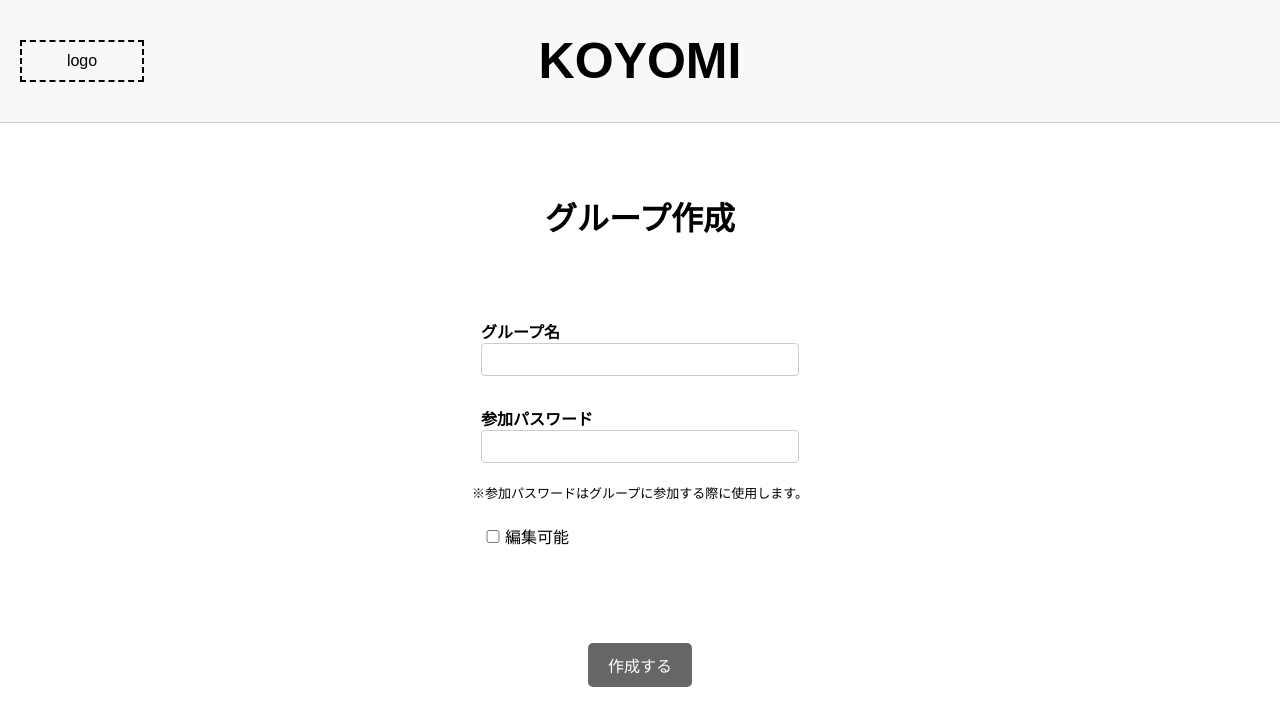
Repository: teramu0602/koyomi
Page: http://localhost/groups
These files come from the project's save history. The page is drawn as it stood at one moment and after the next save; the edit follows.
The browser window is 1280 px wide. The pictures show the whole page.
Some web fonts or font styles are not loaded; a fallback is used. The page is served by the project's Laravel application, run on PHP 8.4 with Laravel 9. Other server files are loaded and not shown.

Above is the page before, as saved 2025-03-23 15:26:09.

### routes/web.php
<?php

use Illuminate\Support\Facades\Route;
use App\Http\Controllers\CalendarController;
use App\Http\Controllers\PostController;
use App\Http\Controllers\Auth\LoginController;
use App\Http\Controllers\Auth\RegisterController;
use Illuminate\Support\Facades\Auth;
use App\Http\Controllers\CreateGroupController;
use App\Http\Controllers\JoinController;
use App\Http\Controllers\GroupController;
/*
|--------------------------------------------------------------------------
| Web Routes
|--------------------------------------------------------------------------
|
| Here is where you can register web routes for your application. These
| routes are loaded by the RouteServiceProvider within a group which
| contains the "web" middleware group. Now create something great!
|
*/

Route::get('/', function () {
    return view('welcome');
});

Route::get('/admin', function () {
    return view('layouts/admin_calender');
});

Route::get('/admin/home', function () {
    return view('calender/home');
});

Route::post('/register', [RegisterController::class, 'register'])->name('register');


//ログイン状態を見て、用意したログインページへいく
Route::post('/custom-login', [LoginController::class, 'login'])->name('custom.login.submit');
Route::get('/custom-login', function () {
    return view('admin/login');
})->name('custom.login');

Route::get('/signup', function () {
    return view('admin/signup');
});

//Route::get('/home', [App\Http\Controllers\HomeController::class, 'index'])->name('home');

// Route::get('/home', function () {
//     return view('calender/home');
// })->name('home');

//ログイン成功で個人カレンダーへいく
Route::get('/calendar', function () {
    return view('calender/home');
})->name('calendar')->middleware('auth');

Route::get('/calendar/{year}/{month}', [CalendarController::class, 'show'])->name('calendar.show');
Route::get('/admin/home/{year}/{month}', [CalendarController::class, 'showAdmin'])->name('calendar.admin.show');
Route::get('/admin/home', [CalendarController::class, 'index']);



Route::get('/grouplist', [CreateGroupController::class, 'index'])->name('groups.list');
Route::delete('/groups/{group}/leave', [GroupController::class, 'leaveGroup'])->name('groups.leave');

Route::get('/create_group', function () {
    return view('admin/create_group');
});

//カレンダーグループ作成
Route::post('/groups', [CalendarController::class, 'store'])->name('groups.store');
Route::get('/groups', function () {
    return view('admin/create_group');
})->name('groupcreate');

Auth::routes();

//ドロップダウンのログアウトでログインへ行く
Route::post('/logout', function () {
    Auth::logout();
    return redirect()->route('custom.login');
})->name('logout');


//ジョイン画面　試し
Route::post('/join', [JoinController::class, 'store'])->name('join.store');
Route::get('/join', function () {
    return view('admin.join_group');
})->name('groupjoin');

Route::get('/groups/{group}/edit', [GroupController::class, 'edit'])->name('groups.edit');
Route::put('/groups/{group}', [GroupController::class, 'update'])->name('groups.update');
Route::delete('/groups/{group}/users/{user}', [GroupController::class, 'removeUser'])->name('groups.removeUser');



Route::get('/edit', function () {
    return view('admin.edit_group');
})->name('groupedit');


Route::get('/a', function () {
    return view('calender.calendar');
});

### resources/views/admin/create_group.blade.php
@extends('layouts.admin_calender')
@section('title', 'グループ作成')

@section('content')
<h1 class="h1">グループ作成</h1>
<div class="joinctn">
<form class="form" action="{{ route('groups.store') }}" method="POST">
    @csrf
    <div>
        <label for="group_name">グループ名</label>
        </br>
        <input type="text" id="group_name" name="group_name" required>
    </div>

    <div>
        <label for="join_id">参加パスワード</label>
        </br>
        <input type="number" id="join_id" name="join_id" required>
        </br>

    </div>
    <p class="p_c">※参加パスワードはグループに参加する際に使用します。</p>
    <div class="editckb">
        <input class = "check_box" type="checkbox" id="edit_flg" name="edit_flg" value="1">
        <label class="label_n" for="edit_flg">編集可能</label>
    </div>
    </div>
    <button type="submit">作成する</button>
</form>


@endsection

### resources/views/layouts/admin_calender.blade.php
<!DOCTYPE html>
<html lang="{{ app()->getLocale() }}">

<head>
    <meta charset="utf-8">
    <meta http-equiv="X-UA-Compatible" content="IE=edge">
    <meta name="viewport" content="width=device-width, initial-scale=1">
    <meta name="csrf-token" content="{{ csrf_token() }}">

    <title>@yield('title')</title>

    <script src="{{ asset('js/app.js') }}" defer></script>

    <link rel="dns-prefetch" href="https://fonts.gstatic.com">
    <link href="https://fonts.googleapis.com/css?family=Raleway:300,400,600" rel="stylesheet" type="text/css">

    <link href="{{ asset('css/admin.css') }}" rel="stylesheet">

    @yield('css')


    <!-- ドロップダウンのｃｓｓ-->
<!-- <link href="https://cdnjs.cloudflare.com/ajax/libs/bootstrap/5.3.0/css/bootstrap.min.css" rel="stylesheet">  -->




</head>

<body>
    <header>
        <a class="logo" href="{{ route('calendar') }}">logo</a>
        <h1 class="service-name">KOYOMI</h1>
        @guest

        @else
        <li class="nav-item dropdown">
            <a id="navbarDropdown" class="nav-link dropdown-toggle" href="#" role="button" data-bs-toggle="dropdown" aria-haspopup="true" aria-expanded="false" v-pre>
                {{ Auth::user()->name }}
            </a>

            <div class="dropdown-menu dropdown-menu-end" aria-labelledby="navbarDropdown">
                <a class="dropdown-item" href="{{ route('logout') }}"
                    onclick="event.preventDefault();
                                                     document.getElementById('logout-form').submit();">
                    {{ __('ログアウト') }}
                </a>

                <form id="logout-form" action="{{ route('logout') }}" method="POST" class="d-none">
                    @csrf
                </form>
            </div>

        </li>
        @endguest

    </header>

    <main>
        @yield('content')
    </main>

    <footer>
        @yield('footer')
    </footer>

</body>

</html>

Loaded but not shown: app/Http/Controllers/Auth/ConfirmPasswordController.php (common file); app/Http/Controllers/Controller.php (common file); public/css/admin.css (290 lines, source omitted)

After the next save:
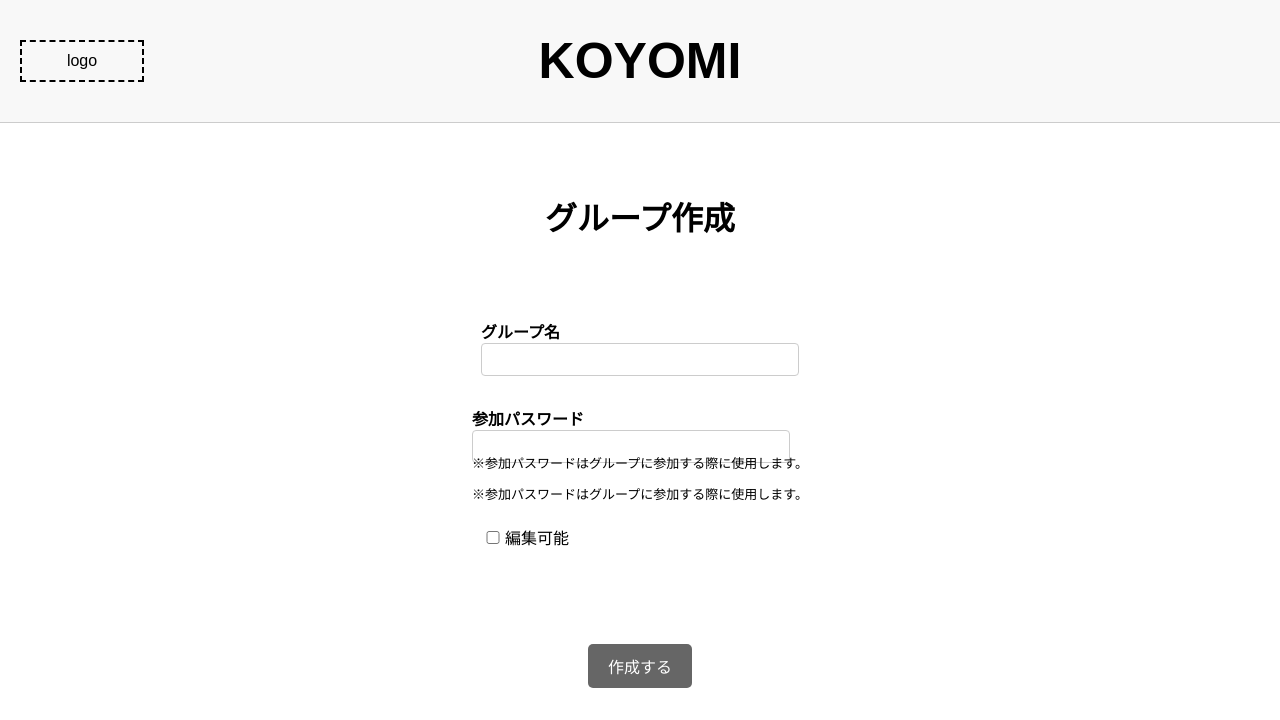
Saved 34 s later.
--- a/resources/views/admin/create_group.blade.php
+++ b/resources/views/admin/create_group.blade.php
@@ -17,7 +17,7 @@
         </br>
         <input type="number" id="join_id" name="join_id" required>
         </br>
-
+        <p class="p_c">※参加パスワードはグループに参加する際に使用します。</p>
     </div>
     <p class="p_c">※参加パスワードはグループに参加する際に使用します。</p>
     <div class="editckb">
